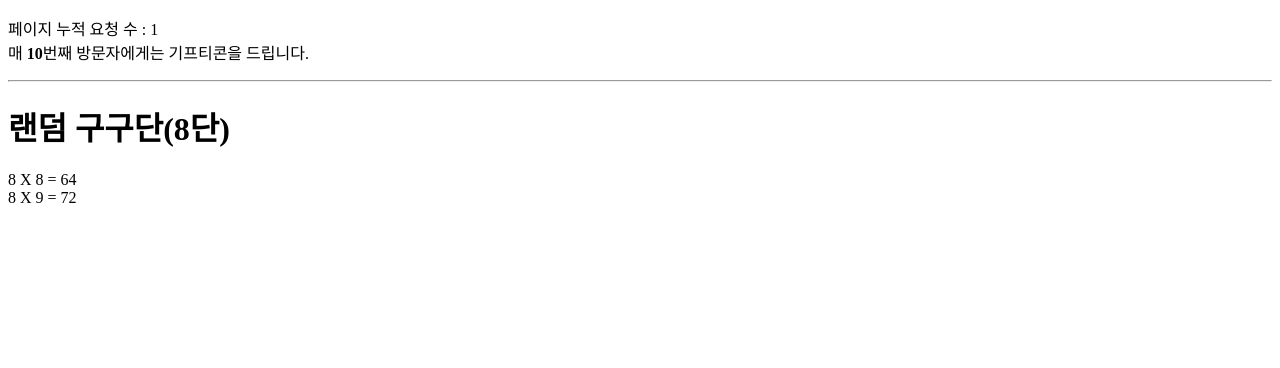
Repository: HeeMang28/jsp
Page: http://localhost/JSPBasic/jsptag/tag_quiz02.jsp
The author's editor kept a copy of each file at every save. The page is drawn from the files as they stood at one save, then again after the next save.
The browser window is 1280 px wide. The pictures show the whole page.
The page is served by Tomcat 9. Other server files are loaded and not shown.

Above is the page before, as saved 2022-03-23 10:19:51.

### JSPBasic/src/main/webapp/jsptag/tag_quiz02.jsp
<%@ page language="java" contentType="text/html; charset=UTF-8"
    pageEncoding="UTF-8"%>
<!DOCTYPE html>
<html>
<head>
<meta charset="UTF-8">
<title>Insert title here</title>
</head>
<body>
<%!
	int total = 0;

%>
<% total++;
		int num = (int)(Math.random() * 10) +1;
%>

	<p>
 	페이지 누적 요청 수 : <%= total %><br/>
 	매 <b>10</b>번째 방문자에게는 기프티콘을 드립니다.<br>
 	<%if(total % 10 == 0){ %>
 		당첨되셨습니다!!
 	<% } %>
	</p>
	<hr/>

	<h1>랜덤 구구단(<%= num %>단)</h1>
	<%	for(int i = num; i <= 9; i++){ %>
		<%= num %> X <%= i %> = <%= num * i %><br>
	<% }%>
</body>
</html>

After the next save:
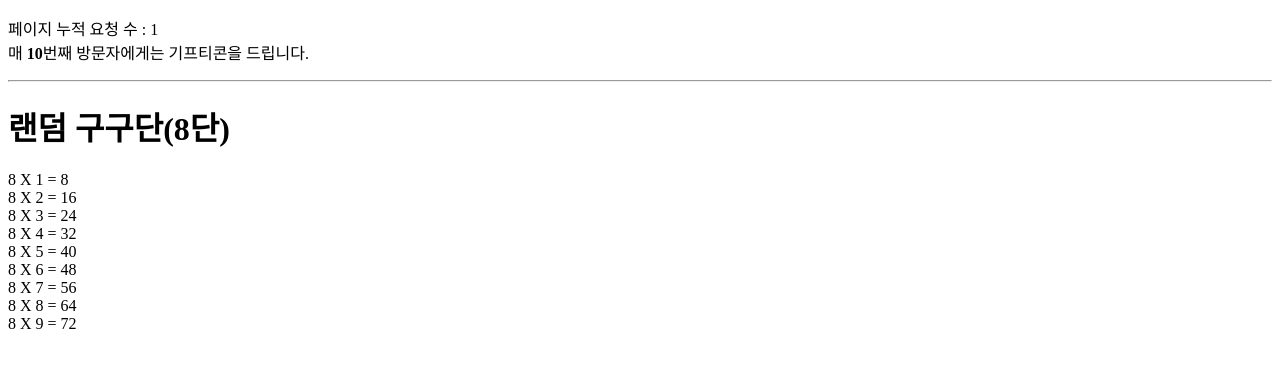
Saved 26 s later.
--- a/JSPBasic/src/main/webapp/jsptag/tag_quiz02.jsp
+++ b/JSPBasic/src/main/webapp/jsptag/tag_quiz02.jsp
@@ -25,7 +25,7 @@
 	<hr/>
 
 	<h1>랜덤 구구단(<%= num %>단)</h1>
-	<%	for(int i = num; i <= 9; i++){ %>
+	<%	for(int i = 1; i <= 9; i++){ %>
 		<%= num %> X <%= i %> = <%= num * i %><br>
 	<% }%>
 </body>
